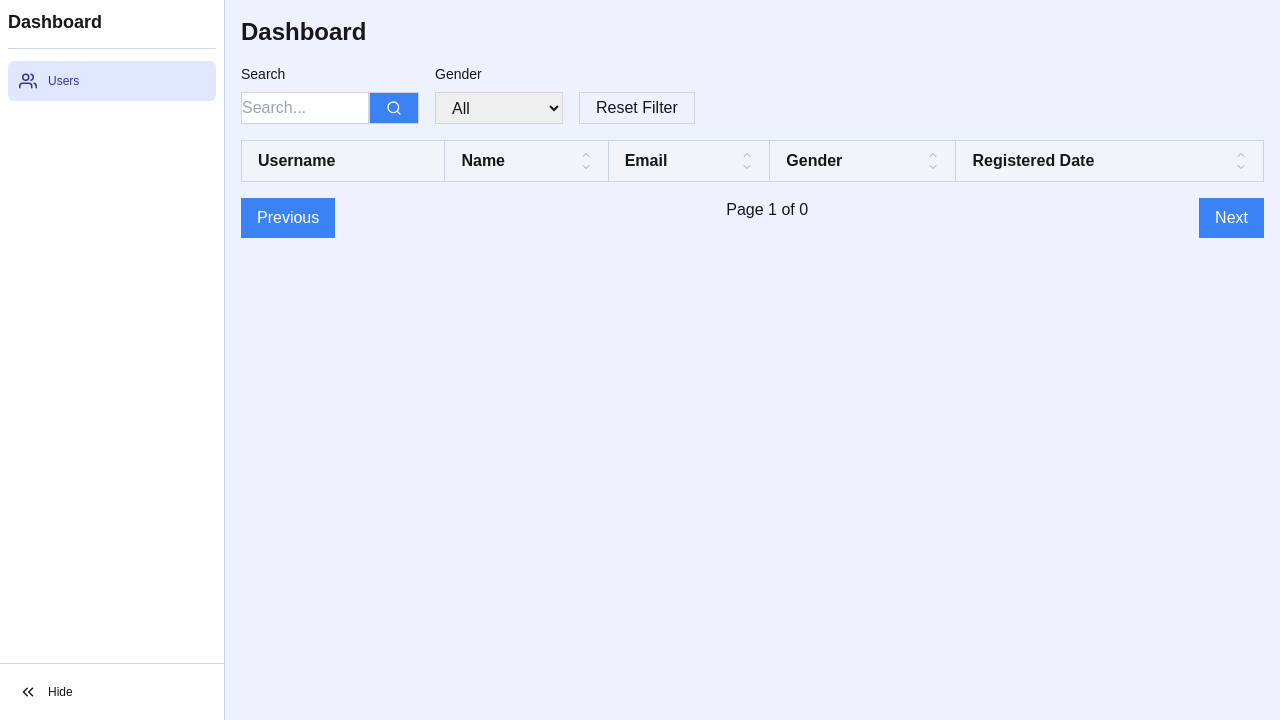
Repository: Ademaulana100499/userdashboard
Page: /
These files come from the project's save history. The page is drawn as it stood at one moment and after the next save; the edit follows.
The browser window is 1280 px wide. The pictures show the whole page.
The page's requests for data from a server got no answer. The project was rebuilt for these pictures with package versions that can differ from the ones it lists, and the page was loaded fresh each time. The framework's server and built-in components were replaced by stand-ins that run in the browser. No one was signed in, and anything a server would have sent is missing. Also part of the build but not shown: next.config.mjs.

Above is the page before, as saved 2025-02-14 22:17:01.

### src/pages/index.js
import React from "react";
import Sidebar from "@/components/Sidebar";
import DashboardContent from "@/components/DashboardContent";
const Dashboard = () => {
  return (
    <div className="flex bg-indigo-50">
      <Sidebar />
      <DashboardContent />
    </div>
  );
};

export default Dashboard;

### src/components/Sidebar.jsx
import React, { useState } from "react";
import { FiChevronsRight, FiUsers } from "react-icons/fi";
import { motion } from "framer-motion";
const Sidebar = () => {
  const [open, setOpen] = useState(true);
  const [selected, setSelected] = useState("Users");

  return (
    <motion.nav
      layout
      className="sticky top-0 h-screen shrink-0 border-r border-slate-300 bg-white p-2"
      style={{
        width: open ? "225px" : "fit-content",
      }}>
      <TitleSection open={open} />

      <div className="space-y-1">
        <Option
          Icon={FiUsers}
          title="Users"
          selected={selected}
          setSelected={setSelected}
          open={open}
        />
      </div>

      <ToggleClose open={open} setOpen={setOpen} />
    </motion.nav>
  );
};

const Option = ({ Icon, title, selected, setSelected, open, notifs }) => {
  return (
    <motion.button
      layout
      onClick={() => setSelected(title)}
      className={`relative flex h-10 w-full items-center rounded-md transition-colors ${
        selected === title
          ? "bg-indigo-100 text-indigo-800"
          : "text-slate-500 hover:bg-slate-100"
      }`}>
      <motion.div
        layout
        className="grid h-full w-10 place-content-center text-lg">
        <Icon />
      </motion.div>
      {open && (
        <motion.span
          layout
          initial={{ opacity: 0, y: 12 }}
          animate={{ opacity: 1, y: 0 }}
          transition={{ delay: 0.125 }}
          className="text-xs font-medium">
          {title}
        </motion.span>
      )}

      {notifs && open && (
        <motion.span
          initial={{ scale: 0, opacity: 0 }}
          animate={{
            opacity: 1,
            scale: 1,
          }}
          style={{ y: "-50%" }}
          transition={{ delay: 0.5 }}
          className="absolute right-2 top-1/2 size-4 rounded bg-indigo-500 text-xs text-white">
          {notifs}
        </motion.span>
      )}
    </motion.button>
  );
};

const TitleSection = ({ open }) => {
  return (
    <div className="mb-3 border-b border-slate-300 pb-3">
      <div className="flex cursor-pointer items-center justify-between rounded-md transition-colors hover:bg-slate-100">
        <div className="flex justify-center items-center">
          {open && (
            <motion.div
              layout
              initial={{ opacity: 0, y: 12 }}
              animate={{ opacity: 1, y: 0 }}
              transition={{ delay: 0.125 }}>
              <span className="block text-lg font-semibold">Dashboard</span>
            </motion.div>
          )}
        </div>
      </div>
    </div>
  );
};

const ToggleClose = ({ open, setOpen }) => {
  return (
    <motion.button
      layout
      onClick={() => setOpen((pv) => !pv)}
      className="absolute bottom-0 left-0 right-0 border-t border-slate-300 transition-colors hover:bg-slate-100">
      <div className="flex items-center p-2">
        <motion.div
          layout
          className="grid size-10 place-content-center text-lg">
          <FiChevronsRight
            className={`transition-transform ${open && "rotate-180"}`}
          />
        </motion.div>
        {open && (
          <motion.span
            layout
            initial={{ opacity: 0, y: 12 }}
            animate={{ opacity: 1, y: 0 }}
            transition={{ delay: 0.125 }}
            className="text-xs font-medium">
            Hide
          </motion.span>
        )}
      </div>
    </motion.button>
  );
};

export default Sidebar;

### src/components/DashboardContent.jsx
import { FiChevronUp, FiChevronDown } from "react-icons/fi";
import { useState, useEffect } from "react";
import { FiSearch } from "react-icons/fi";

const DashboardContent = () => {
  const [data, setData] = useState([]);
  const [filteredData, setFilteredData] = useState([]); // For filtered data
  const [sortConfig, setSortConfig] = useState({ key: null, direction: null });
  const [selectedGender, setSelectedGender] = useState("all"); // Gender filter state
  const [searchKeyword, setSearchKeyword] = useState(""); // For search keyword
  const [currentPage, setCurrentPage] = useState(1); // Track current page
  const itemsPerPage = 5; // Number of items to display per page

  const fetchData = async () => {
    try {
      const response = await fetch(`https://randomuser.me/api/?results=10`);
      const result = await response.json();
      setData(result.results);
      setFilteredData(result.results); // Initialize filteredData with all data
    } catch (error) {
      console.error("Error fetching data:", error);
    }
  };

  useEffect(() => {
    fetchData();
  }, []);

  const handleSort = (key) => {
    let direction = "asc";
    if (sortConfig.key === key && sortConfig.direction === "asc") {
      direction = "desc";
    }
    setSortConfig({ key, direction });

    setFilteredData((prevData) =>
      [...prevData].sort((a, b) => {
        const valueA = getNestedValue(a, key);
        const valueB = getNestedValue(b, key);

        if (valueA < valueB) return direction === "asc" ? -1 : 1;
        if (valueA > valueB) return direction === "asc" ? 1 : -1;
        return 0;
      })
    );
  };

  const handleSearch = () => {
    // Filter data based on searchKeyword only when the search button is clicked
    const filtered = data.filter((user) =>
      `${user.name.first} ${user.name.last}`
        .toLowerCase()
        .includes(searchKeyword.toLowerCase())
    );
    setFilteredData(filtered);
  };

  const handleGenderFilter = (gender) => {
    setSelectedGender(gender);
    if (gender === "all") {
      setFilteredData(data); // Show all data if "All" is selected
    } else {
      const filtered = data.filter((user) => user.gender === gender);
      setFilteredData(filtered); // Filter based on selected gender
    }
  };

  const handleResetFilter = () => {
    // Reset filters
    setSelectedGender("all");
    setSearchKeyword("");
    setFilteredData(data); // Reset filtered data to the original
  };

  const getNestedValue = (obj, path) => {
    return path
      .split(".")
      .reduce((acc, key) => (acc && acc[key] ? acc[key] : ""), obj);
  };

  const getSortIconStyle = (key) => {
    return sortConfig.key === key ? "text-black" : "text-gray-400";
  };

  // Paginate the filtered data based on the current page
  const paginateData = (data) => {
    const indexOfLastItem = currentPage * itemsPerPage;
    const indexOfFirstItem = indexOfLastItem - itemsPerPage;
    return data.slice(indexOfFirstItem, indexOfLastItem);
  };

  // Handle page change
  const handlePageChange = (page) => {
    setCurrentPage(page);
  };

  // Calculate total pages based on filtered data
  const totalPages = Math.ceil(filteredData.length / itemsPerPage);

  return (
    <div className="flex-1 p-4">
      <h1 className="text-2xl font-semibold mb-4">Dashboard</h1>
      <div className="flex gap-4 items-center mb-4">
        {/* Search */}
        <div className="flex flex-col  gap-2">
          <label htmlFor="search" className="text-sm">
            Search
          </label>
          <div className="flex items-center">
            <input
              type="text"
              id="search"
              value={searchKeyword}
              onChange={(e) => setSearchKeyword(e.target.value)} // Update search keyword
              placeholder="Search..."
              className=" w-32 border border-gray-300 h-8"
            />
            <button
              type="button"
              onClick={handleSearch}
              className="bg-blue-500 border border-gray-300 text-white px-4 h-8  hover:bg-blue-600">
              <FiSearch />
            </button>
          </div>
        </div>

        {/* Gender Filter */}
        <div className="flex flex-col gap-2">
          <label htmlFor="gender" className="text-sm">
            Gender
          </label>
          <select
            name="gender"
            id="gender"
            value={selectedGender}
            onChange={(e) => handleGenderFilter(e.target.value)} // Update gender filter
            className="w-32 border border-gray-300 px-3 h-8 text-left">
            <option value="all">All</option>
            <option value="male">Male</option>
            <option value="female">Female</option>
          </select>
        </div>

        {/* Reset Filter Button */}
        <div className="flex flex-col justify-between gap-5">
          <div></div>
          {/* Reset Filter Button */}
          <button
            type="button"
            onClick={handleResetFilter}
            className="border border-gray-300  px-4 h-8 hover:bg-gray-400 mt-2">
            Reset Filter
          </button>
        </div>
      </div>

      <table className="min-w-full table-auto border-collapse border border-slate-300 mt-4">
        <thead>
          <tr className="bg-slate-100">
            <th className="border border-slate-300 px-4 py-2 text-left">
              Username
            </th>
            <th className="border border-slate-300 px-4 py-2 text-left">
              <div className="flex justify-between items-center">
                <span>Name</span>
                <div className="flex flex-col items-center">
                  <FiChevronUp
                    onClick={() => handleSort("name.first")}
                    className={`text-xs cursor-pointer ${getSortIconStyle(
                      "name.first"
                    )}`}
                  />
                  <FiChevronDown
                    onClick={() => handleSort("name.first")}
                    className={`text-xs cursor-pointer ${getSortIconStyle(
                      "name.first"
                    )}`}
                  />
                </div>
              </div>
            </th>
            <th className="border border-slate-300 px-4 py-2 text-left">
              <div className="flex justify-between items-center">
                <span>Email</span>
                <div className="flex flex-col items-center">
                  <FiChevronUp
                    onClick={() => handleSort("email")}
                    className={`text-xs cursor-pointer ${getSortIconStyle(
                      "email"
                    )}`}
                  />
                  <FiChevronDown
                    onClick={() => handleSort("email")}
                    className={`text-xs cursor-pointer ${getSortIconStyle(
                      "email"
                    )}`}
                  />
                </div>
              </div>
            </th>
            <th className="border border-slate-300 px-4 py-2 text-left">
              <div className="flex justify-between items-center">
                <span>Gender</span>
                <div className="flex flex-col items-center">
                  <FiChevronUp
                    onClick={() => handleSort("gender")}
                    className={`text-xs cursor-pointer ${getSortIconStyle(
                      "gender"
                    )}`}
                  />
                  <FiChevronDown
                    onClick={() => handleSort("gender")}
                    className={`text-xs cursor-pointer ${getSortIconStyle(
                      "gender"
                    )}`}
                  />
                </div>
              </div>
            </th>
            <th className="border border-slate-300 px-4 py-2 text-left">
              <div className="flex justify-between items-center">
                <span>Registered Date</span>
                <div className="flex flex-col items-center">
                  <FiChevronUp
                    onClick={() => handleSort("registered.date")}
                    className={`text-xs cursor-pointer ${getSortIconStyle(
                      "registered.date"
                    )}`}
                  />
                  <FiChevronDown
                    onClick={() => handleSort("registered.date")}
                    className={`text-xs cursor-pointer ${getSortIconStyle(
                      "registered.date"
                    )}`}
                  />
                </div>
              </div>
            </th>
          </tr>
        </thead>
        <tbody>
          {paginateData(filteredData).map((user, index) => (
            <tr key={index} className="hover:bg-slate-50">
              <td className="border border-slate-300 px-4 py-2">
                {user.login.username}
              </td>
              <td className="border border-slate-300 px-4 py-2">
                {user.name.title} {user.name.first} {user.name.last}
              </td>
              <td className="border border-slate-300 px-4 py-2">
                {user.email}
              </td>
              <td className="border border-slate-300 px-4 py-2">
                {user.gender}
              </td>
              <td className="border border-slate-300 px-4 py-2">
                {new Date(user.registered.date)
                  .toLocaleString("id-ID", {
                    day: "2-digit",
                    month: "2-digit",
                    year: "numeric",
                    hour: "2-digit",
                    minute: "2-digit",
                  })
                  .replace(",", "")
                  .replace("/", "-")
                  .replace("/", "-")
                  .replace(".", ":")}
              </td>
            </tr>
          ))}
        </tbody>
      </table>

      {/* Pagination controls */}
      <div className="flex justify-between mt-4">
        <button
          onClick={() => handlePageChange(currentPage - 1)}
          disabled={currentPage === 1}
          className="px-4 py-2 bg-blue-500 text-white">
          Previous
        </button>
        <span>
          Page {currentPage} of {totalPages}
        </span>
        <button
          onClick={() => handlePageChange(currentPage + 1)}
          disabled={currentPage === totalPages}
          className="px-4 py-2 bg-blue-500 text-white">
          Next
        </button>
      </div>
    </div>
  );
};

export default DashboardContent;

Loaded but not shown: src/pages/_app.js (common file); src/pages/_document.js (common file); src/styles/globals.css (common file); tailwind.config.mjs (common file)

After the next save:
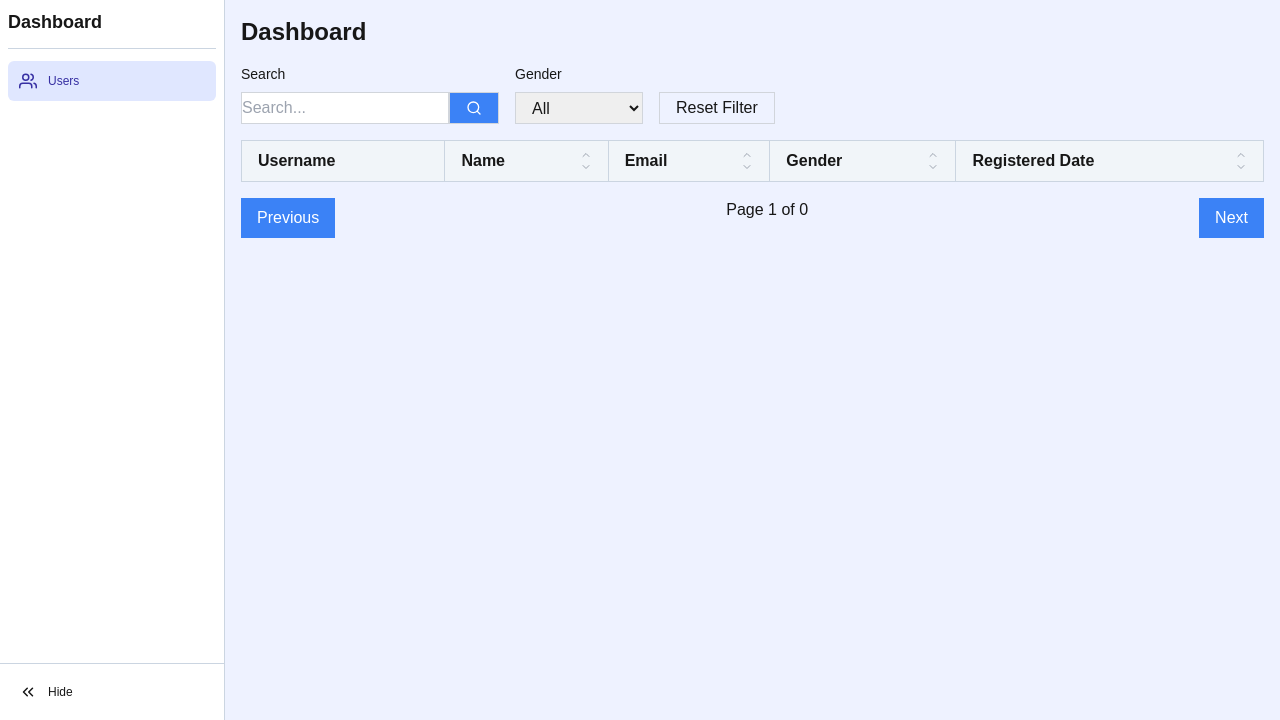
Saved 9 s later.
--- a/src/components/DashboardContent.jsx
+++ b/src/components/DashboardContent.jsx
@@ -113,7 +113,7 @@ const DashboardContent = () => {
               value={searchKeyword}
               onChange={(e) => setSearchKeyword(e.target.value)} // Update search keyword
               placeholder="Search..."
-              className=" w-32 border border-gray-300 h-8"
+              className=" w-52 border border-gray-300 h-8"
             />
             <button
               type="button"
